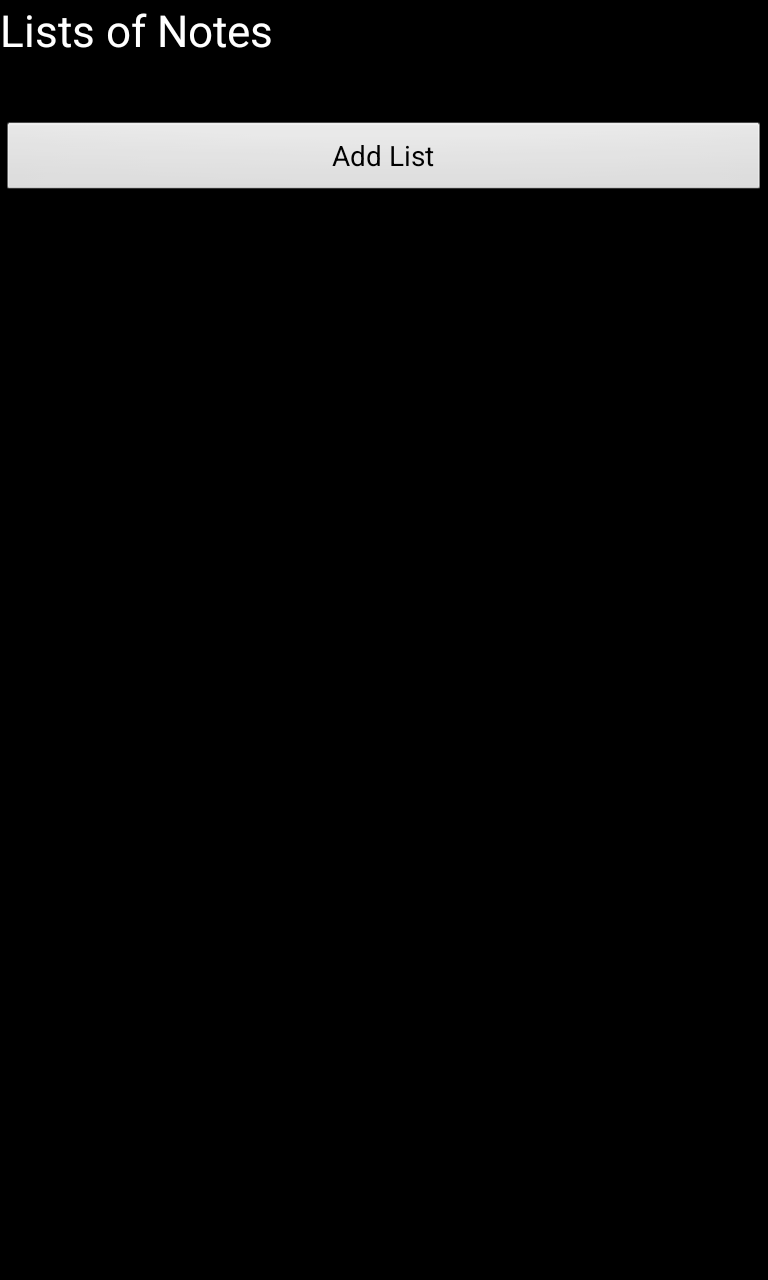
Repository: sandrapatfer/PROMPT11-10-CloudComputing.sandrapatfer
Layout: src/FinalWork/AndroidCloudNotes/AndroidCloudNotes/res/layout/tasklist_list_view.xml
An editor plug-in stored every save of this project. The layout is shown before and after the next save, followed by the edit.
It is drawn on a 768 x 1280 px phone screen (xhdpi) without system bars, with theme android:Theme; the app's code is not run. Lists and similar views that code fills are empty.

Above is the layout before, as saved 2012-06-03 20:00:09.

### src/FinalWork/AndroidCloudNotes/AndroidCloudNotes/res/layout/tasklist_list_view.xml
<?xml version="1.0" encoding="utf-8"?>
<LinearLayout xmlns:android="http://schemas.android.com/apk/res/android"
    android:layout_width="match_parent"
    android:layout_height="match_parent"
    android:orientation="vertical" >

    <TextView
        android:id="@+id/textView1"
        android:layout_width="match_parent"
        android:layout_height="60dp"
        android:text="@string/tasklist_title"
        android:textAppearance="?android:attr/textAppearanceLarge"
         />

    <ListView
        android:id="@+id/tasklist_view"
        android:layout_width="match_parent"
        android:layout_height="wrap_content" >
    </ListView>

    <Button
        android:id="@+id/button1"
        android:layout_width="match_parent"
        android:layout_height="40dp"
        android:text="@string/tasklist_createnew_label" />

</LinearLayout>

### src/FinalWork/AndroidCloudNotes/AndroidCloudNotes/res/values/strings.xml
<?xml version="1.0" encoding="utf-8"?>
<resources>

    <string name="hello">Hello World, AndroidCloudNotesActivity!</string>
    <string name="app_name">Prompt Cloud Notes for Android</string>
    <string name="tasklistitem_label">"List: "</string>
    <string name="tasklist_title">Lists of Notes</string>
    <string name="tasklist_createnew_label">Add List</string>

</resources>

After the next save:
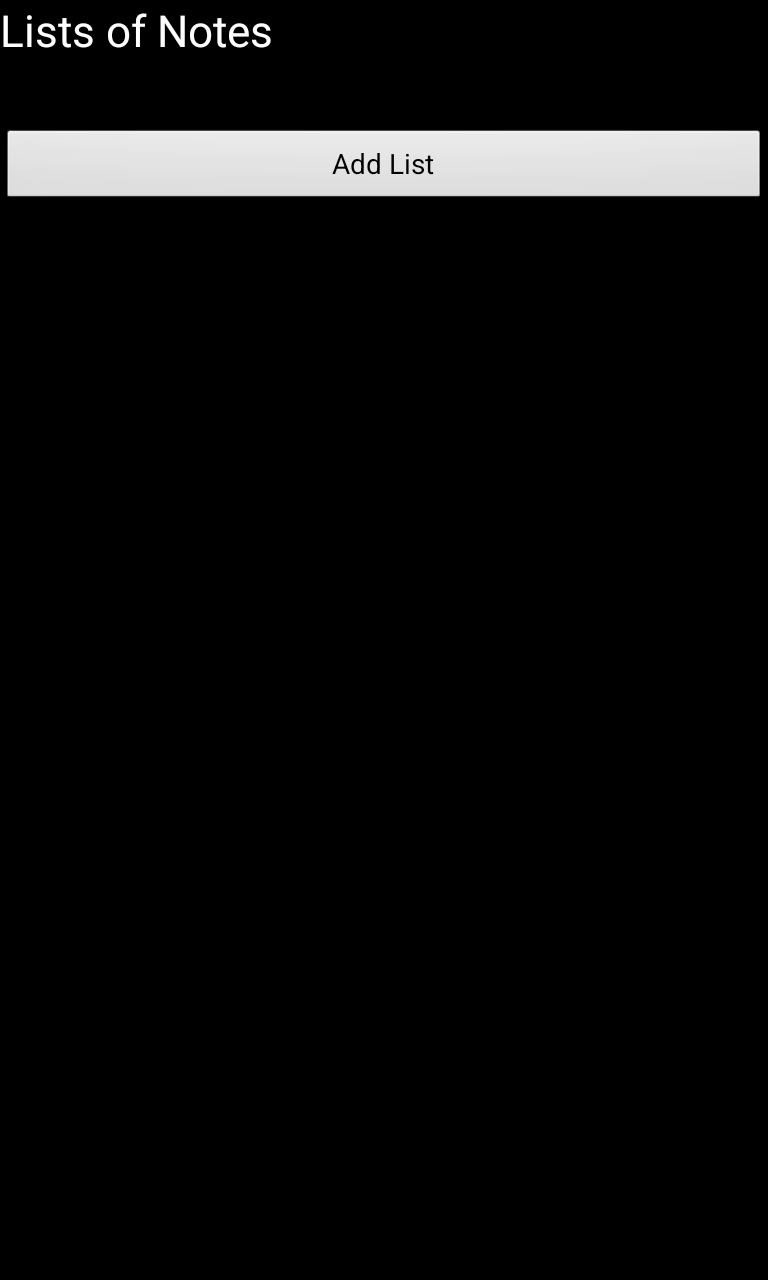
Saved 99 s later.
--- a/src/FinalWork/AndroidCloudNotes/AndroidCloudNotes/res/layout/tasklist_list_view.xml
+++ b/src/FinalWork/AndroidCloudNotes/AndroidCloudNotes/res/layout/tasklist_list_view.xml
@@ -12,10 +12,13 @@
         android:textAppearance="?android:attr/textAppearanceLarge"
          />
 
+
     <ListView
         android:id="@+id/tasklist_view"
         android:layout_width="match_parent"
-        android:layout_height="wrap_content" >
+        android:layout_height="wrap_content"
+        android:layout_margin="2dp" >
+
     </ListView>
 
     <Button
